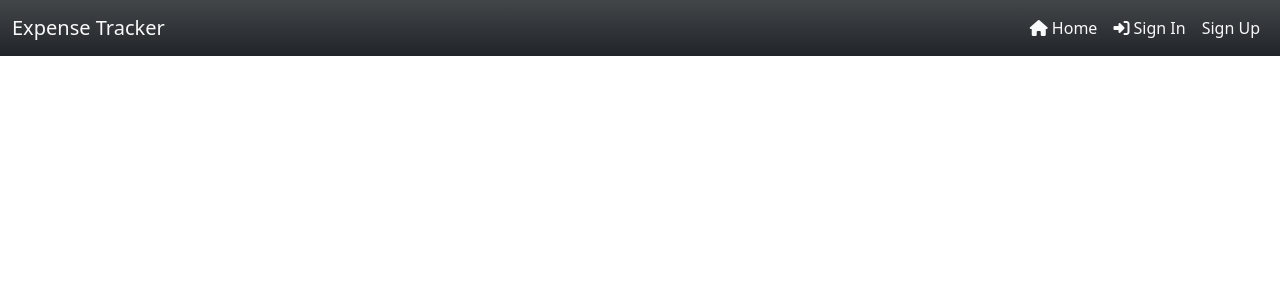
Repository: Gaurav560/OnlineExpenseTracker
Page: http://localhost/Online_Expense_Tracker/
The author's editor kept a copy of each file at every save. The page is drawn from the files as they stood at one save, then again after the next save.
The browser window is 1280 px wide. The pictures show the whole page.
The page is served by Tomcat 9.

Above is the page before, as saved 2023-05-03 20:29:13.

After the next save:
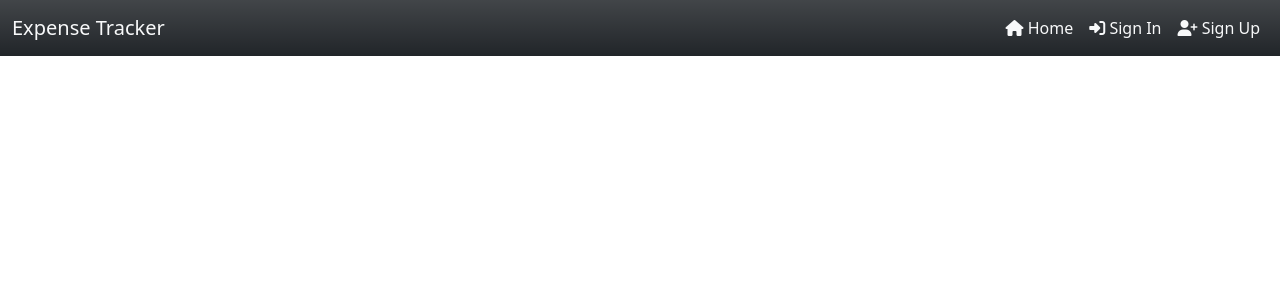
Saved 30 s later.
--- a/Online_Expense_Tracker/src/main/webapp/index.jsp
+++ b/Online_Expense_Tracker/src/main/webapp/index.jsp
@@ -44,7 +44,7 @@
 
 
 					<li class="nav-item "><a class="nav-link active text-light "
-						href="#">Sign Up</a></li>
+						href="#"><i class="fa-solid fa-user-plus"></i> Sign Up</a></li>
 
 				</ul>
 
